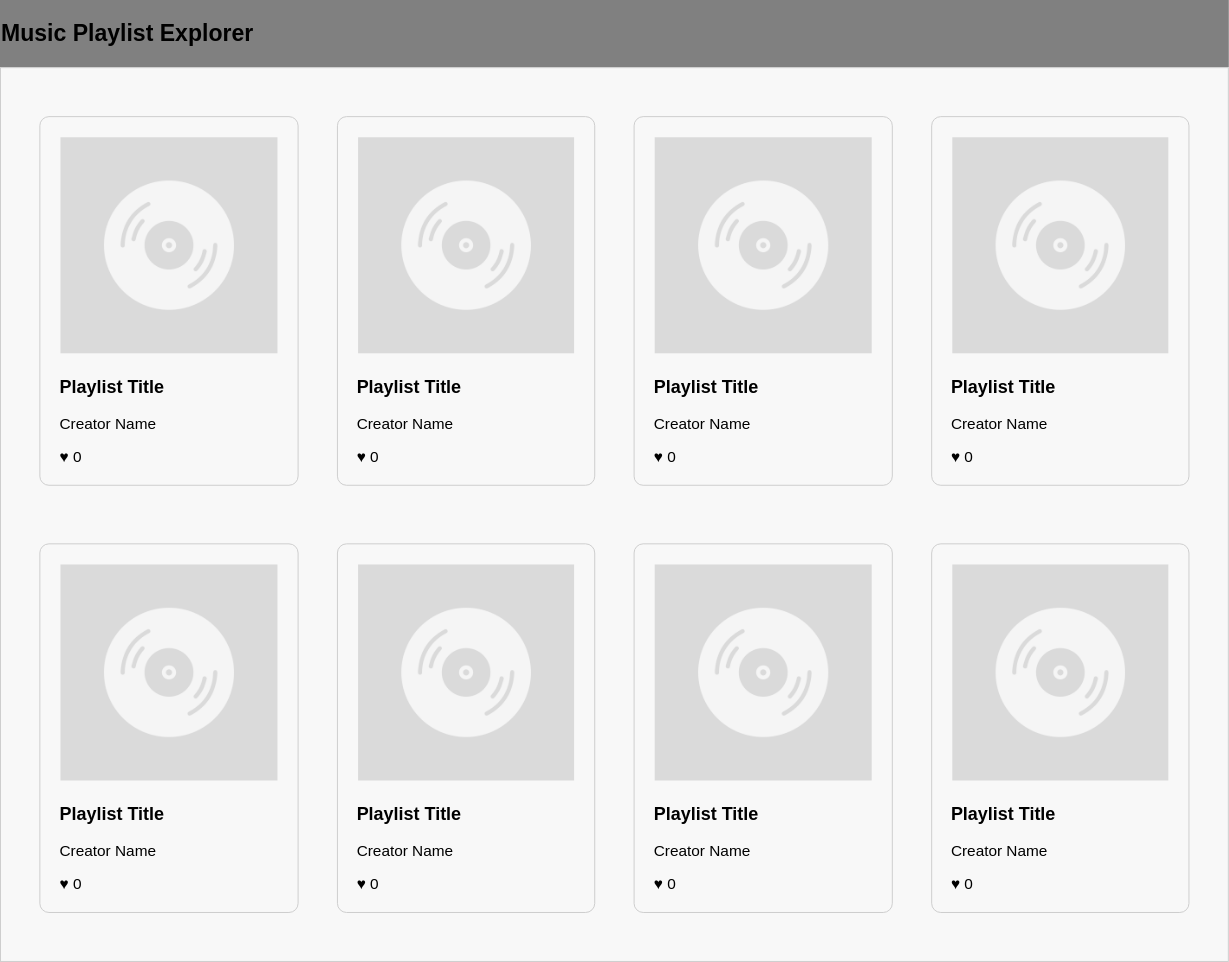
Repository: valentinaarojas/music-player-explorer
Page: index.html
These files come from the project's save history. The page is drawn as it stood at one moment and after a run of saves; the edit follows.
The browser window is 1280 px wide. The pictures show the whole page, at 96% of full size.

Above is the page before, as saved 2025-02-18 18:48:06.
Console error: SyntaxError: Unexpected token '{'

After the next 2 saves:
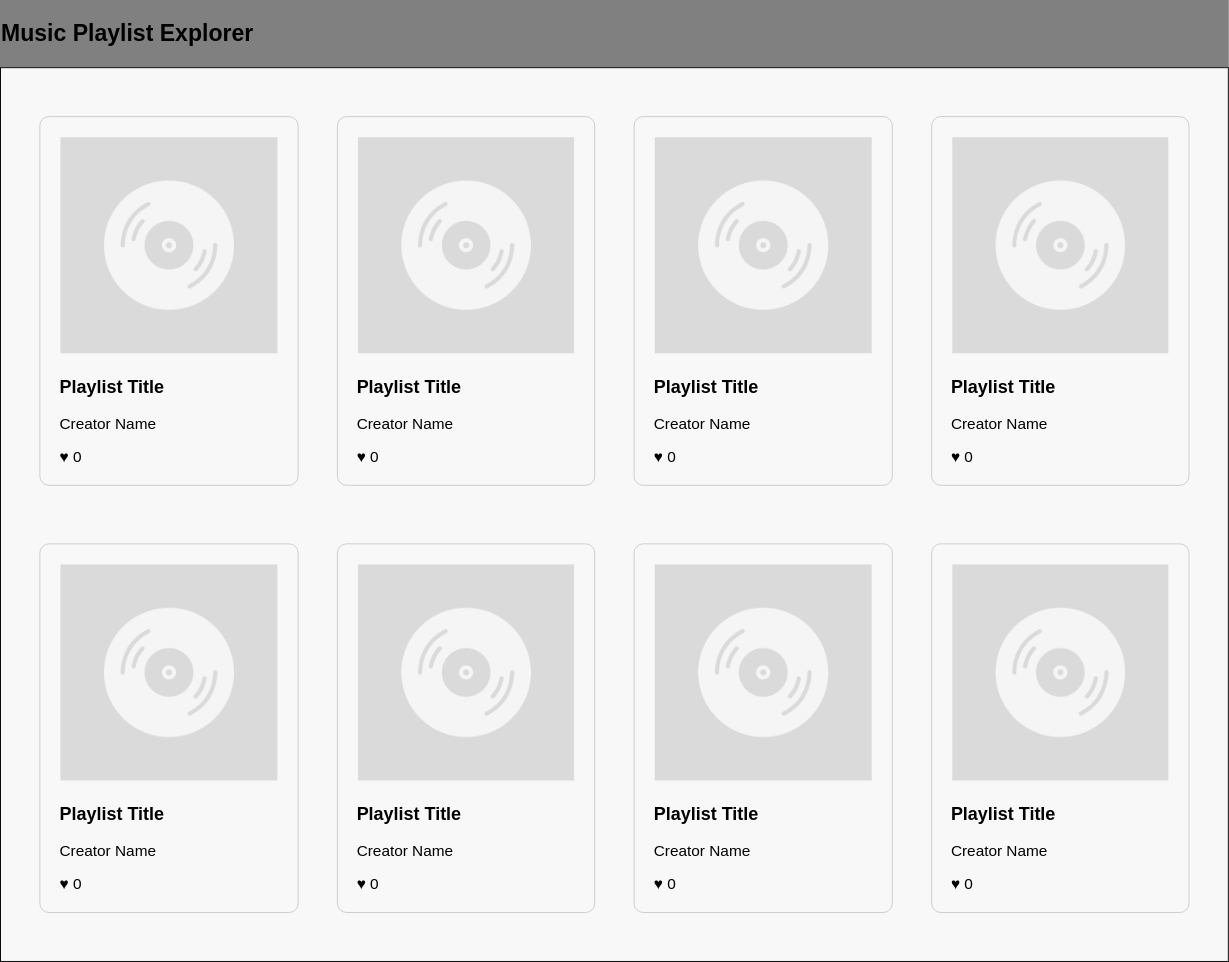
The 2 saves are shown as one change because they came seconds apart.
The last was saved 9 s later.
--- a/style.css
+++ b/style.css
@@ -14,7 +14,7 @@ body {
     display: grid;
     grid-template-columns: repeat(4, 1fr);
     padding: 20px;
-    border: 1px solid #ccc;
+    border: 1px solid rgb(0, 0, 0);
 }
 
 .playlist-card {
